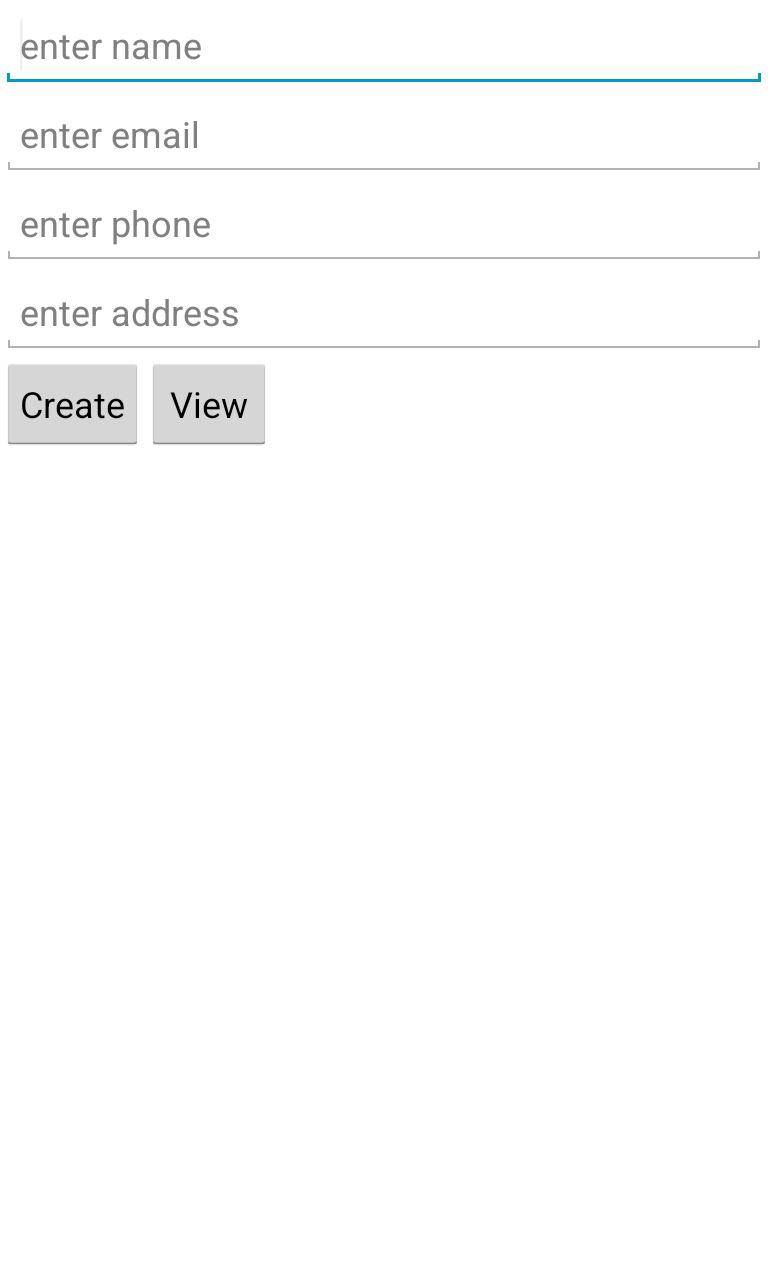
Repository: droidexample/some-practises-sample-example
Layout: VollayWebServiceDemo/res/layout/activity_main.xml
The author's editor kept a copy of each file at every save. The layout is drawn from the files as they stood at one save, then again after the next save.
It is drawn on a 768 x 1280 px phone screen (xhdpi) without system bars, with theme AppTheme; the app's code is not run.

Above is the layout before, as saved 2015-06-20 18:57:35.

After the next save:
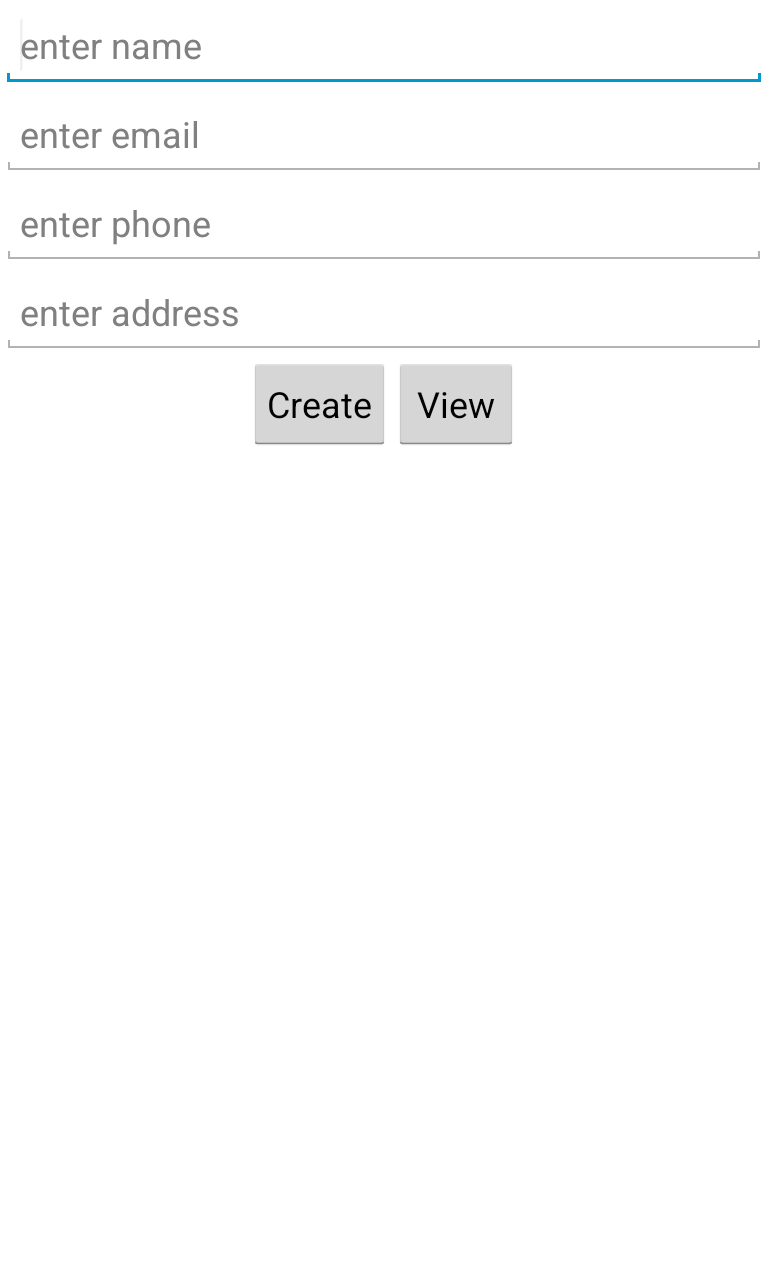
Saved 18 s later.
--- a/VollayWebServiceDemo/res/layout/activity_main.xml
+++ b/VollayWebServiceDemo/res/layout/activity_main.xml
@@ -45,13 +45,13 @@
 
     <LinearLayout
         android:layout_width="match_parent"
-        android:layout_height="wrap_content" >
+        android:layout_height="wrap_content"
+        android:gravity="center">
 
         <Button
             android:id="@+id/btnCreate"
             android:layout_width="wrap_content"
             android:layout_height="wrap_content"
-            android:layout_gravity="center"
             android:onClick="create"
             android:padding="10dp"
             android:text="Create" />
@@ -60,7 +60,6 @@
             android:id="@+id/btnCreate"
             android:layout_width="wrap_content"
             android:layout_height="wrap_content"
-            android:layout_gravity="center"
             android:onClick="show"
             android:padding="10dp"
             android:text="View" />
